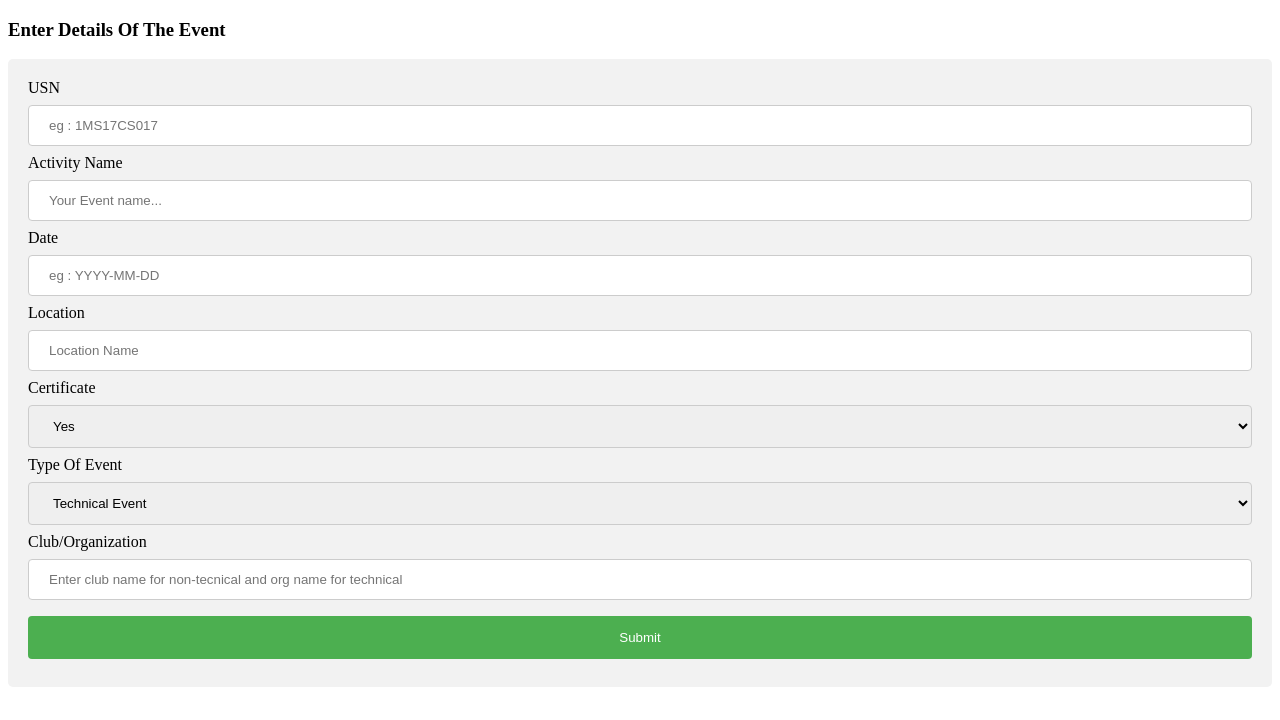
Repository: Malz6/DBMS-ActivityTracking
Page: dbs/WebContent/insert.html
An editor plug-in stored every save of this project. The page is shown before and after the next save, followed by the edit.
The browser window is 1280 px wide. The pictures show the whole page.

Above is the page before, as saved 2019-12-12 13:30:15.

### dbs/WebContent/insert.html
<!DOCTYPE html>
<html>
<style>
input[type=text], select {
  width: 100%;
  padding: 12px 20px;
  margin: 8px 0;
  display: inline-block;
  border: 1px solid #ccc;
  border-radius: 4px;
  box-sizing: border-box;
}

input[type=submit] {
  width: 100%;
  background-color: #4CAF50;
  color: white;
  padding: 14px 20px;
  margin: 8px 0;
  border: none;
  border-radius: 4px;
  cursor: pointer;
}

input[type=submit]:hover {
  background-color: #45a049;
}

div {
  border-radius: 5px;
  background-color: #f2f2f2;
  padding: 20px;
}
</style>
<body>

<h3>Enter Details Of The Event</h3>

<div>
  <form action="insert" method="post">
    <label>USN</label>
    <input type="text" name="usn" placeholder="eg : 1MS17CS017">

    <label>Activity Name</label>
    <input type="text" name="acname" placeholder="Your Event name...">

    <label>Date</label>
    <input type="text" name="date" placeholder="eg : YYYY-MM-DD ">

    <label>Location</label>
    <input type="text" name="loc" placeholder="Location Name ">

    <label>Certificate</label>
    <select name="certificate">
      <option value="yes">Yes</option>
      <option value="no">No</option>
    </select>

    <label>Type Of Event</label>
    <select name="type">
      <option value="tech">Technical Event</option>
      <option value="non">Non-Technical Event</option>
    </select>

    <label>Club/Organization</label>
    <input type="text" name="club" placeholder="Enter club name for non-tecnical and org name for technical ">

    <input type="submit" value="Submit">
  </form>
</div>

</body>
</html>

After the next save:
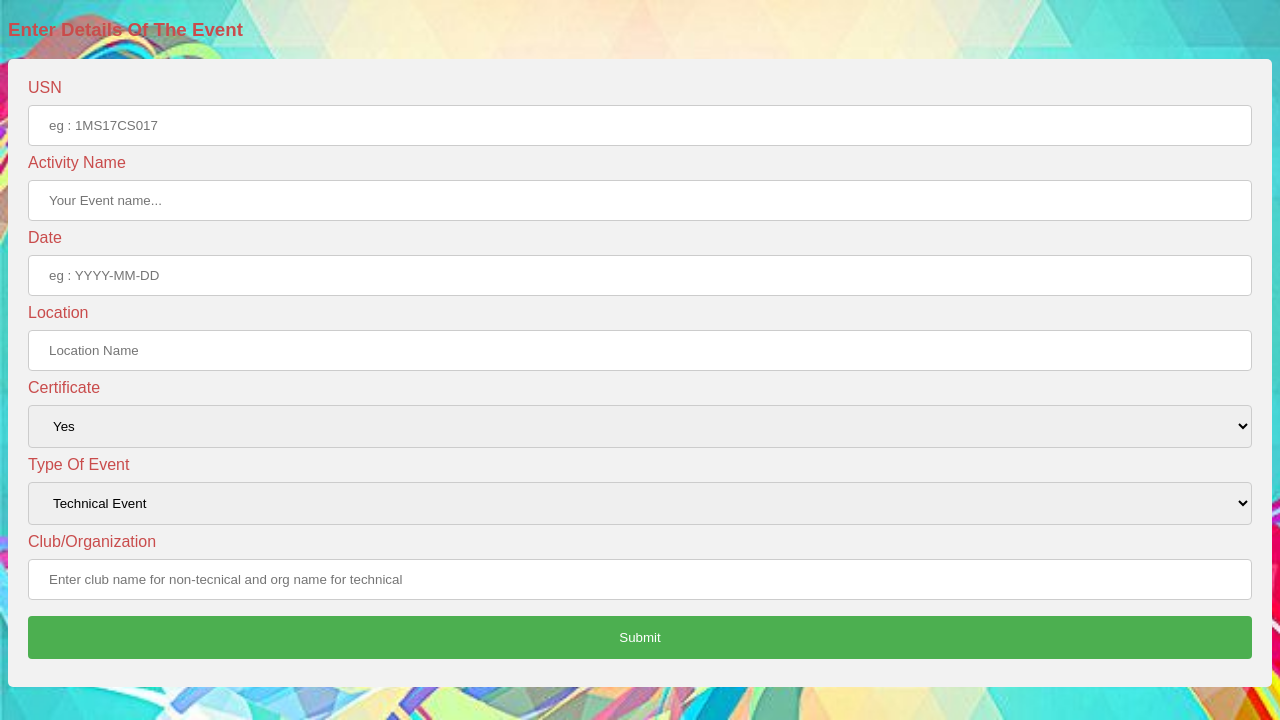
Saved 39 min 29 s later.
--- a/dbs/WebContent/insert.html
+++ b/dbs/WebContent/insert.html
@@ -1,6 +1,15 @@
 <!DOCTYPE html>
 <html>
 <style>
+body
+		{
+			font-family: Arial, Helvetica, sans-serif;
+			background-image: url('5.jpg');
+		  	background-repeat: no-repeat;
+		 	background-attachment: fixed;
+		 	background-size: cover;
+		 	color: rgb(201, 76, 76);
+		}
 input[type=text], select {
   width: 100%;
   padding: 12px 20px;
